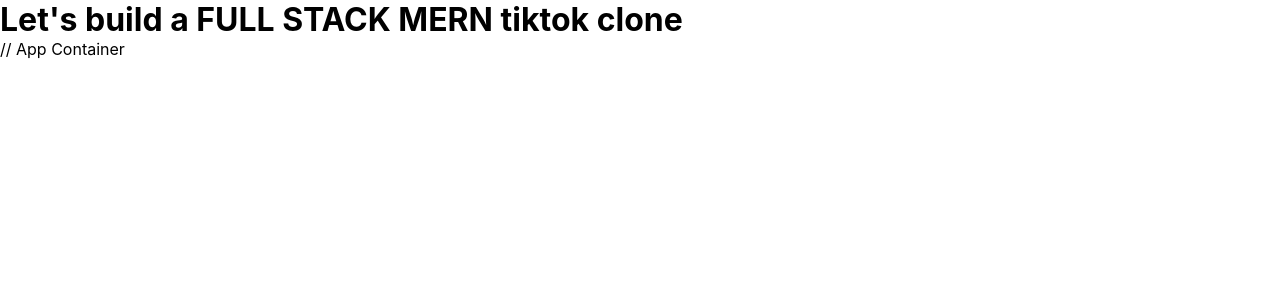
Repository: dingus45191/tiktok
Page: /
The author's editor kept a copy of each file at every save. The page is drawn from the files as they stood at one save, then again after a run of saves.
The browser window is 1280 px wide. The pictures show the whole page.
The project was rebuilt for these pictures with package versions that can differ from the ones it lists, and the page was loaded fresh each time. Also part of the build but not shown: src/App.css.

Above is the page before, as saved 2020-10-07 21:27:31.

### src/App.js
import React from 'react';
import './App.css';

function App() {
  return (
    <div className="app">
      <h1>Let's build a FULL STACK MERN tiktok clone</h1>

      // App Container
    </div>
  );
}

export default App;

Loaded but not shown: public/index.html (common file); src/index.js (common file); src/index.css (common file); src/serviceWorker.js (common file)

After the next 7 saves:
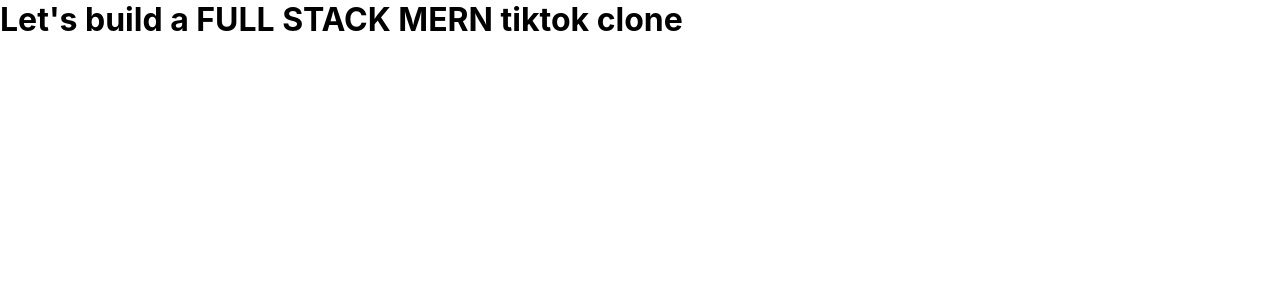
The 7 saves are shown as one change because 2 did not build or start and some came seconds apart.
The last was saved 23 s later.
--- a/src/App.js
+++ b/src/App.js
@@ -6,7 +6,7 @@
     <div className="app">
       <h1>Let's build a FULL STACK MERN tiktok clone</h1>
 
-      // App Container
+      {/*App Container*/}
     </div>
   );
 }
